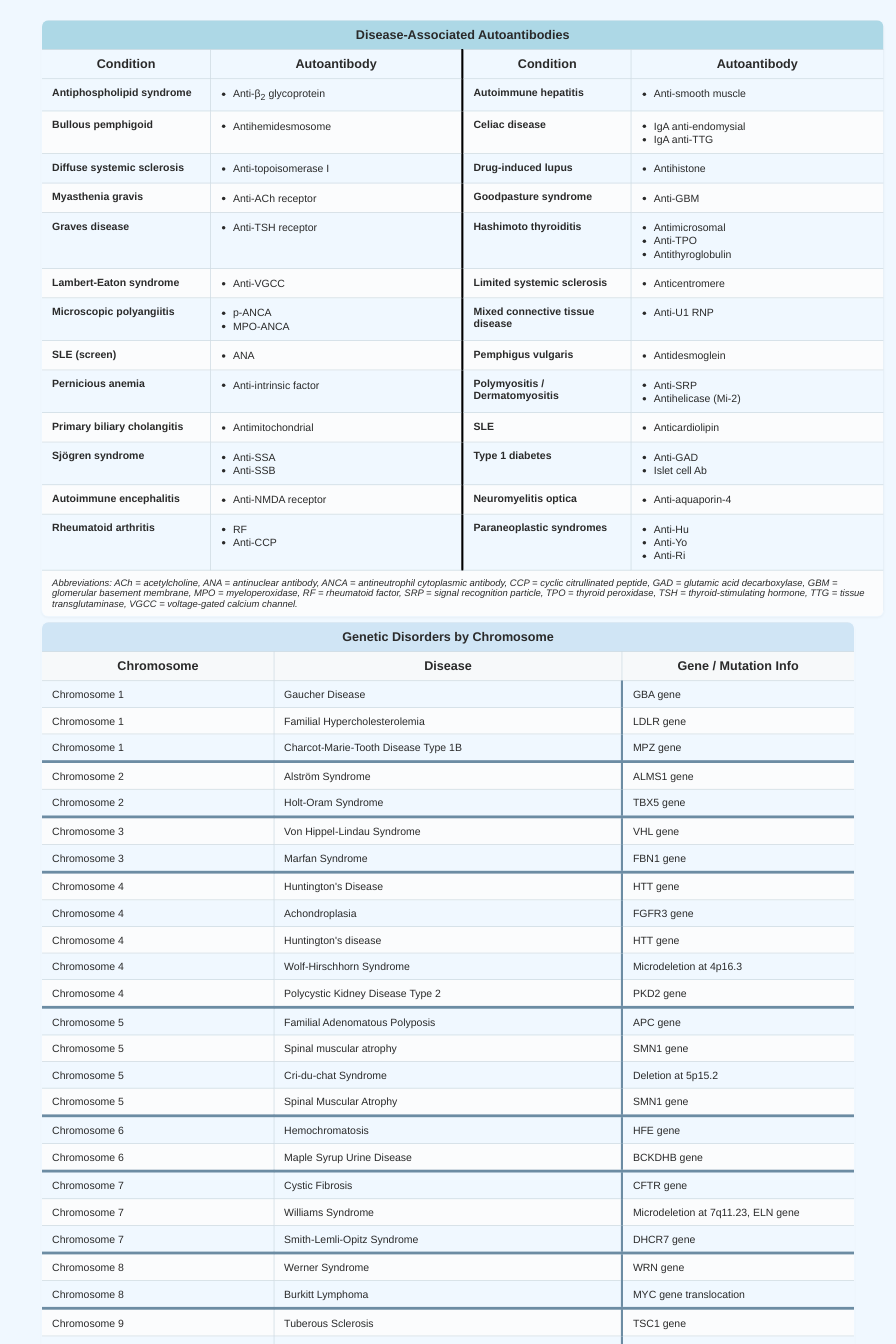
Repository: sharperdragon/STEVEL-1-Summaries
Page: subdex/metabolism.html
An editor plug-in stored every save of this project. The page is shown before and after a run of saves, followed by the edit.
The browser window is 1280 px wide. The pictures show the part of the page from y = 0 to 1920 px (the page is 6478 px tall before and 6531 px after), at 70% of full size.

Above is the page before, as saved 2025-05-19 06:58:05.

After the next 2 saves:
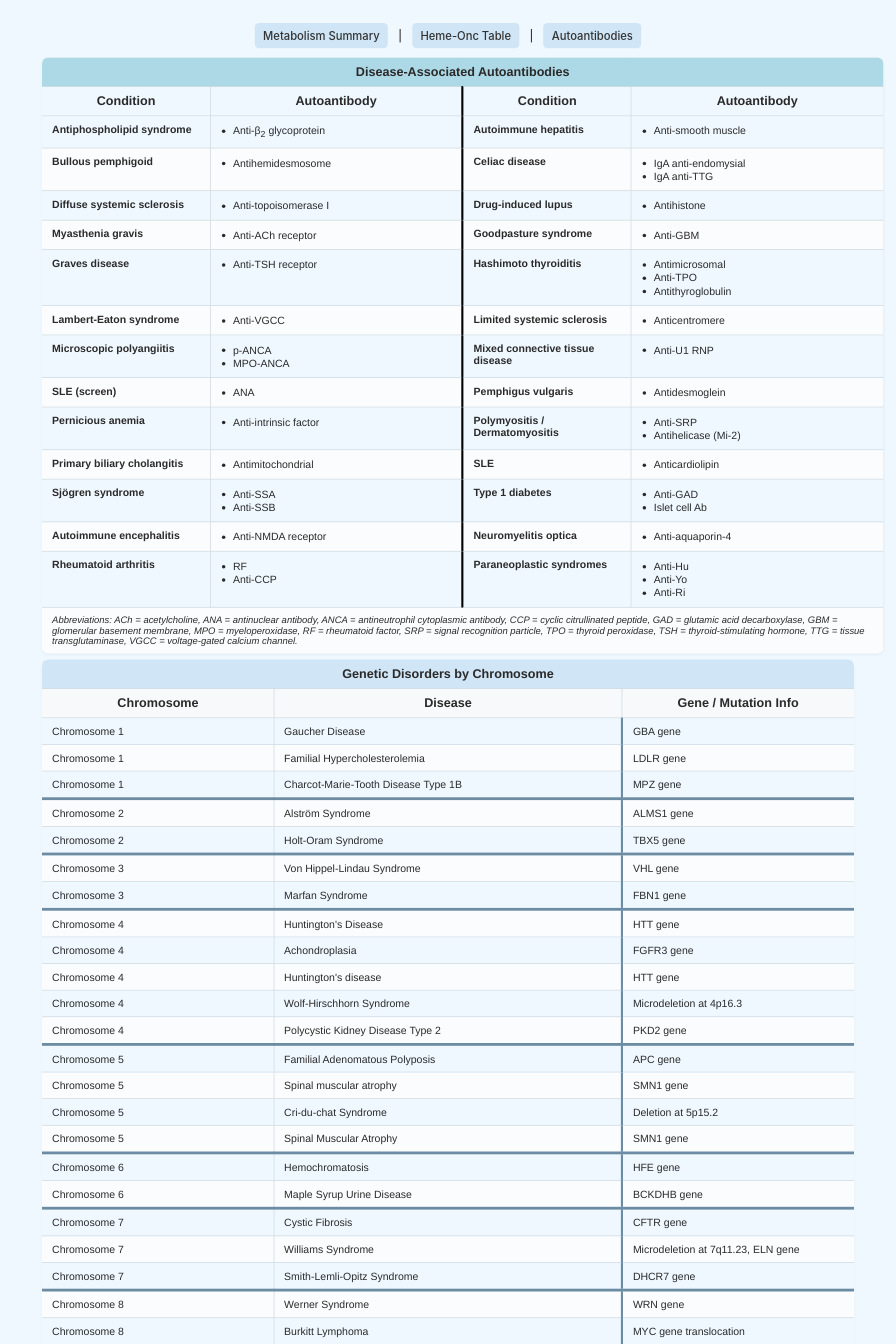
The 2 saves are shown as one change because they came seconds apart.
The last was saved 3 min 36 s later.
--- a/subdex/metabolism.html
+++ b/subdex/metabolism.html
@@ -9,6 +9,13 @@
 </head>
 
 <body>
+<nav style="margin: 20px 0; text-align: center;">
+  <a href="subdex/metabolism.html" class="nav-link">Metabolism Summary</a> |
+  <a href="subdex/hemeonc.html" class="nav-link">Heme-Onc Table</a> |
+  <a href="subdex/autoantibodies.html" class="nav-link">Autoantibodies</a>
+</nav>
+
+
 <div class="table-responsive">
 <table class="autoantibody-table" border="1" cellspacing="0" cellpadding="6" style="border-collapse: collapse; width: 100%;">
   <thead>
